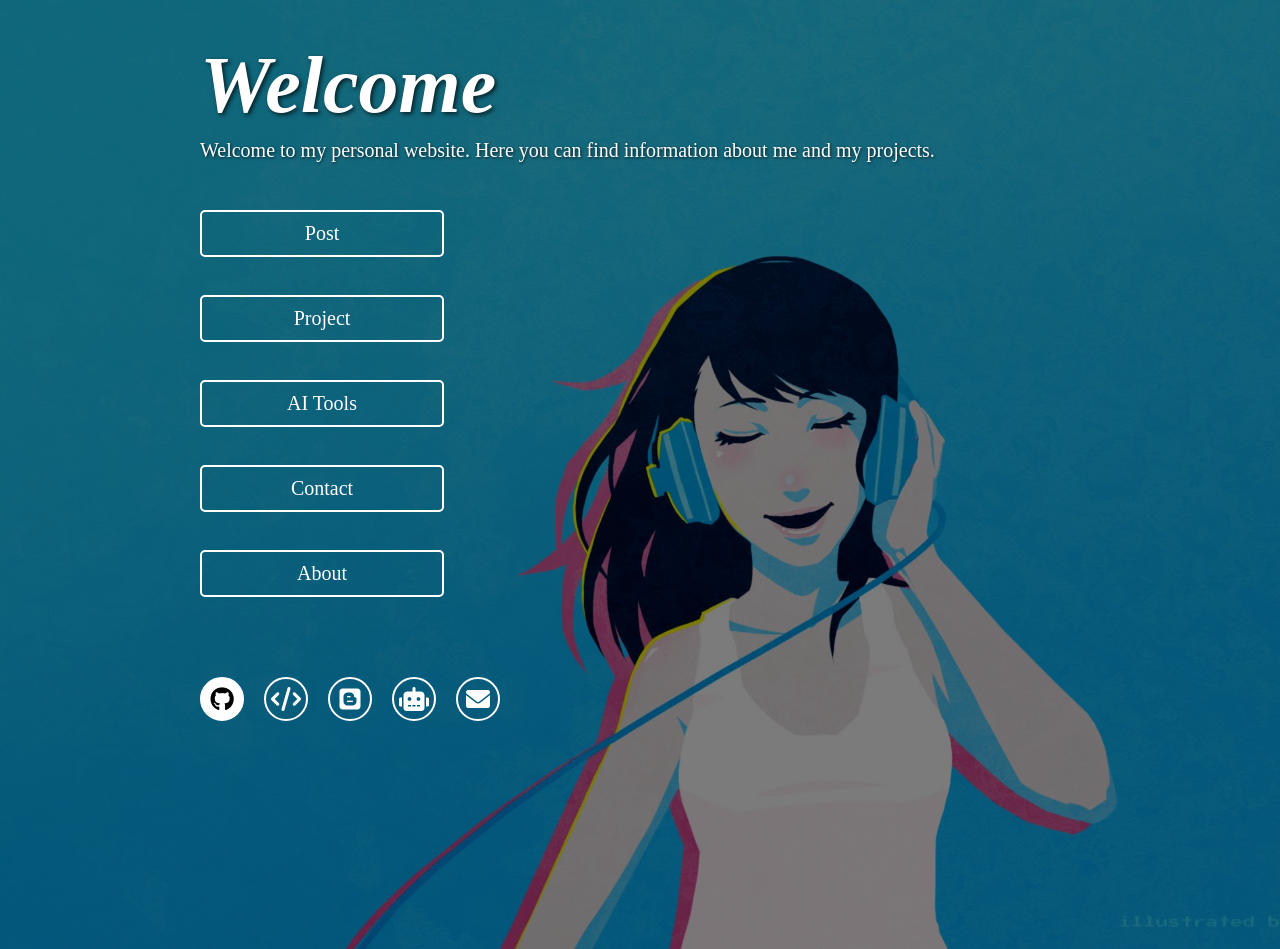
Repository: cydxf/cydxf.github.io
Page: index.html
These files come from the project's save history. The page is drawn as it stood at one moment and after the next save; the edit follows.
The browser window is 1280 px wide. The pictures show the whole page.
The pointer rests on the first visible `.social-button`.

Above is the page before, as saved 2024-08-02 03:41:02.

### index.html
<!DOCTYPE html>
<html lang="en">
<head>
    <meta charset="UTF-8">
    <meta name="viewport" content="width=device-width, initial-scale=1.0">
    <title>My Personal Website</title>
    <link rel="stylesheet" href="css/styles.css">
    <link rel="stylesheet" href="https://cdnjs.cloudflare.com/ajax/libs/font-awesome/6.0.0-beta3/css/all.min.css">
</head>
<body>
    <main>
        <section id="home" class="hero">
            <div class="hero-content">
                <h1>Welcome</h1>
                <p>Welcome to my personal website. Here you can find information about me and my projects.</p>
                <div class="button-group">
                    <a href="https://example.com" class="button">Post</a>
                    <a href="https://example.com" class="button">Project</a>
                    <a href="https://example.com" class="button">AI Tools</a>
                    <a href="https://example.com" class="button">Contact</a>
                    <a href="https://example.com" class="button">About</a>
                </div>
                <div class="social-buttons">
                    <a href="https://github.com/cydxf" class="social-button" aria-label="GitHub"><i class="fab fa-github"></i></a>
                    <a href="https://www.luogu.com.cn" class="social-button" aria-label="Luogu"><i class="fas fa-code"></i></a>
                    <a href="https://www.csdn.net" class="social-button" aria-label="CSDN"><i class="fab fa-blogger"></i></a>
                    <a href="https://chat.openai.com" class="social-button" aria-label="OpenAI"><i class="fas fa-robot"></i></a>
                    <a href="mailto:2814489090@qq.com" class="social-button" aria-label="Email"><i class="fas fa-envelope"></i></a>
                </div>
            </div>
        </section>
        <section id="about">
            <h2>About Me</h2>
            <p>This is the about section where you can find more information about me.</p>
        </section>
        <section id="projects">
            <h2>Projects</h2>
            <p>Here are some of my recent projects.</p>
            <ul>
                <li>Project 1</li>
                <li>Project 2</li>
                <li>Project 3</li>
            </ul>
        </section>
        <section id="contact">
            <h2>Contact</h2>
            <p>If you want to get in touch, please contact me via email.</p>
        </section>
    </main>
    <footer>
        <p>&copy; 2024 Huang Jiaxi</p>
    </footer>
    <script src="js/script.js"></script>
    </head>
</body>
</html>

### css/styles.css
body, html {
    margin: 0;
    padding: 0;
    height: 100%;
    width: 100%;
}

.hero {
    position: absolute;
    width: 100%;
    height: 131.8vh; /* Viewport height */
    left: 0;
    top: 0;
    background-image: url('../resource/image/shigiChannelArt_clean.jpg'); /* 首页大图  */
    background-size: cover;
    background-position: center;
    background-repeat: no-repeat;
    color: #fff;
    display: flex;
    justify-content: flex-start;
    align-items: flex-start;
    text-align: left;
}

.hero:before{
    content: '';
    position: absolute;
    top: 0;
    left: 0;
    width: 100%;
    height: 100%;
    background: rgba(0, 0, 0, 0.4);
    z-index: 1;
}

.hero-content {
    position: relative;
    z-index: 2;
    padding: 40px;
    margin-left: 160px;
}

.hero h1 {
    font-style: italic;
    font-size: 5rem; /* 适当调整标题字体大小 */
    margin: 0;
    padding: 0;
    text-shadow: 2px 2px 4px rgba(0, 0, 0, 0.7); /* 添加文本阴影使其更清晰 */
}

.hero p {
    font-style:initial;
    font-size: 1.25rem; /* 适当调整副标题字体大小 */
    margin-top: 0.5rem;
    text-shadow: 1px 1px 3px rgba(0, 0, 0, 0.7); /* 添加文本阴影使其更清晰 */
}

.button-group {
    display: flex;
    flex-direction: column; /* Stack buttons vertically */
    gap: 10px; /* Space between buttons */
}

.button {
    display: inline-block;
    padding: 10px 20px;
    margin-top: 28px; /* Adds spacing between text and button */
    font-size: 1.25rem;
    color: #fff; /* Text color */
    background-color: transparent; /* Transparent background */
    border: 2px solid #fff; /* White border */
    border-radius: 5px;
    text-decoration: none;
    text-align: center;
    transition: background-color 0.3s ease, color 0.3s ease; /* Smooth transition on hover */
    max-width: 200px; /* Limit maximum width */
    width: auto; /* Allow width to adjust based on content */
}

.button:hover {
    background-color: #fff; /* White background on hover */
    color: #000; /* Change text color on hover if needed */
    border-color: #fff; /* Keep border color white on hover */
}

.social-buttons {
    display: flex;
    gap: 20px; /* Space between social buttons */
    margin-top: 80px; /* Add spacing above social buttons */
}

.social-button {
    display: inline-flex;
    align-items: center;
    justify-content: center;
    width: 40px; /* Set width for icon buttons */
    height: 40px; /* Set height for icon buttons */
    font-size: 1.5rem; /* Adjust icon size */
    color: #fff; /* Icon color */
    background-color: transparent; /* Transparent background */
    border: 2px solid #fff; /* White border */
    border-radius: 50%; /* Circular button */
    text-decoration: none;
    transition: background-color 0.3s ease, color 0.3s ease; /* Smooth transition on hover */
}

.social-button:hover {
    background-color: #fff; /* White background on hover */
    color: #000; /* Change icon color on hover */
    border-color: #fff; /* Keep border color white on hover */
}

### js/script.js
document.addEventListener("DOMContentLoaded", function() {
    const links = document.querySelectorAll("nav ul li a");

    links.forEach(link => {
        link.addEventListener("click", function(event) {
            event.preventDefault();
            const targetId = this.getAttribute("href").substring(1);
            const targetSection = document.getElementById(targetId);
            window.scrollTo({
                top: targetSection.offsetTop,
                behavior: "smooth"
            });
        });
    });
});

After the next save:
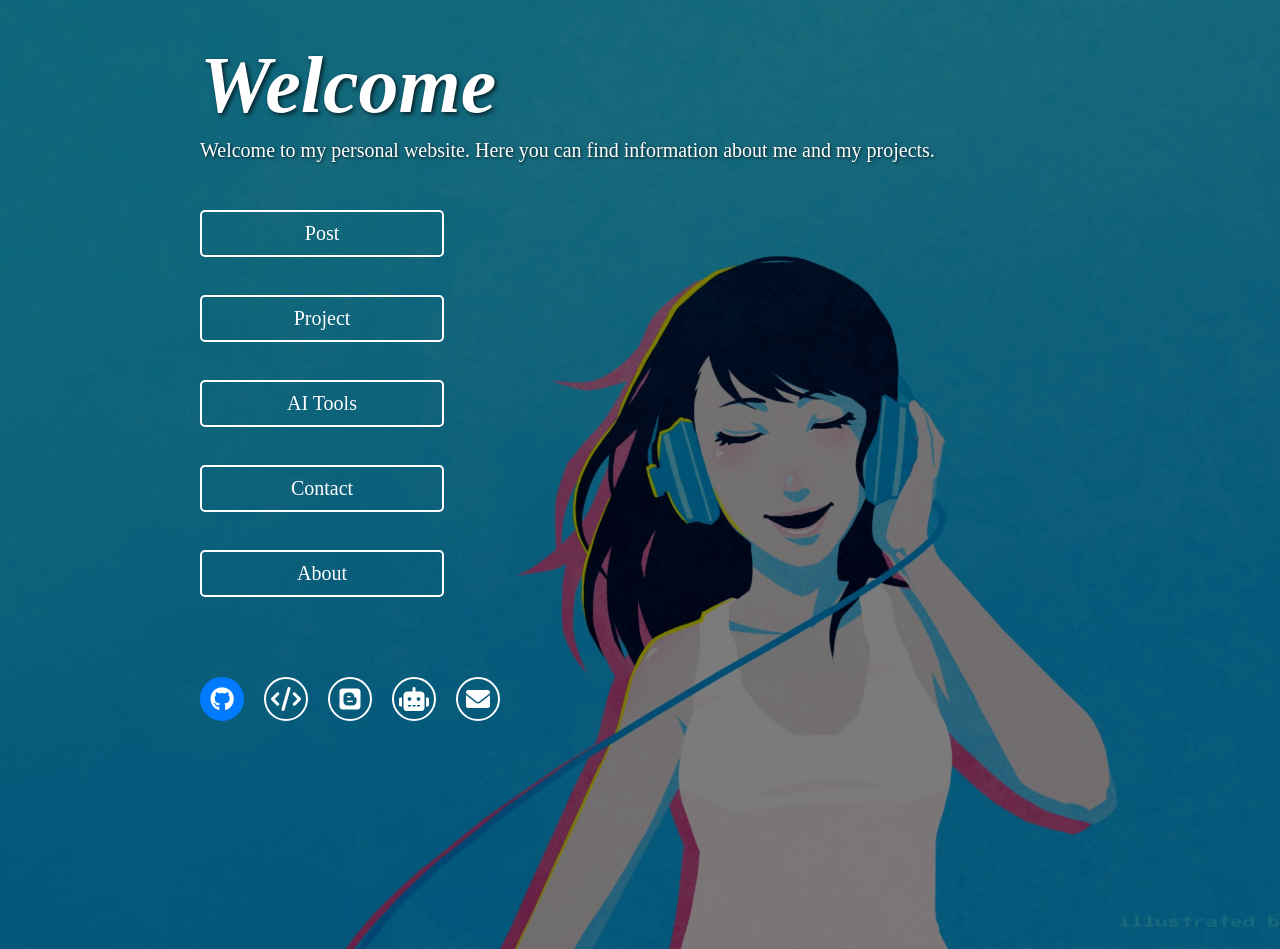
Saved 6 min 6 s later.
--- a/css/styles.css
+++ b/css/styles.css
@@ -105,7 +105,7 @@ body, html {
 }
 
 .social-button:hover {
-    background-color: #fff; /* White background on hover */
-    color: #000; /* Change icon color on hover */
-    border-color: #fff; /* Keep border color white on hover */
+    color: #fff; /* Bright color for icon on hover */
+    background-color: #007bff; /* Bright background for icon on hover */
+    border-color: #007bff; /* Bright border color for icon on hover */
 }
